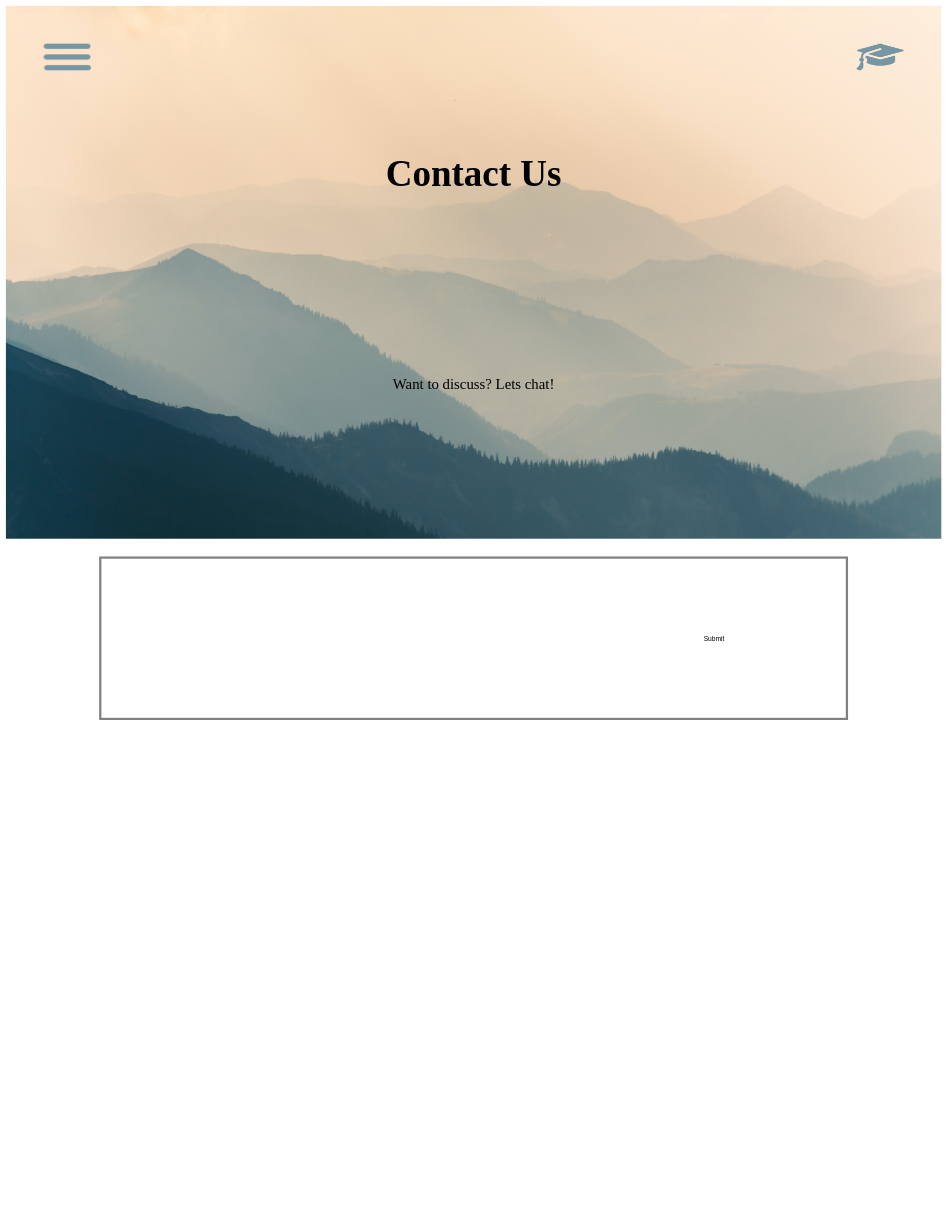
Repository: sierralaurent/MDIA2109-Assignment01
Page: /contact
The author's editor kept a copy of each file at every save. The page is drawn from the files as they stood at one save, then again after the next save.
The browser window is 1280 px wide. The pictures show the whole page, at 74% of full size.
The project was rebuilt for these pictures with package versions that can differ from the ones it lists, and the page was loaded fresh each time. The framework's server and built-in components were replaced by stand-ins that run in the browser. Also part of the build but not shown: next.config.js.

Above is the page before, as saved 2023-02-05 17:00:03.

After the next save:
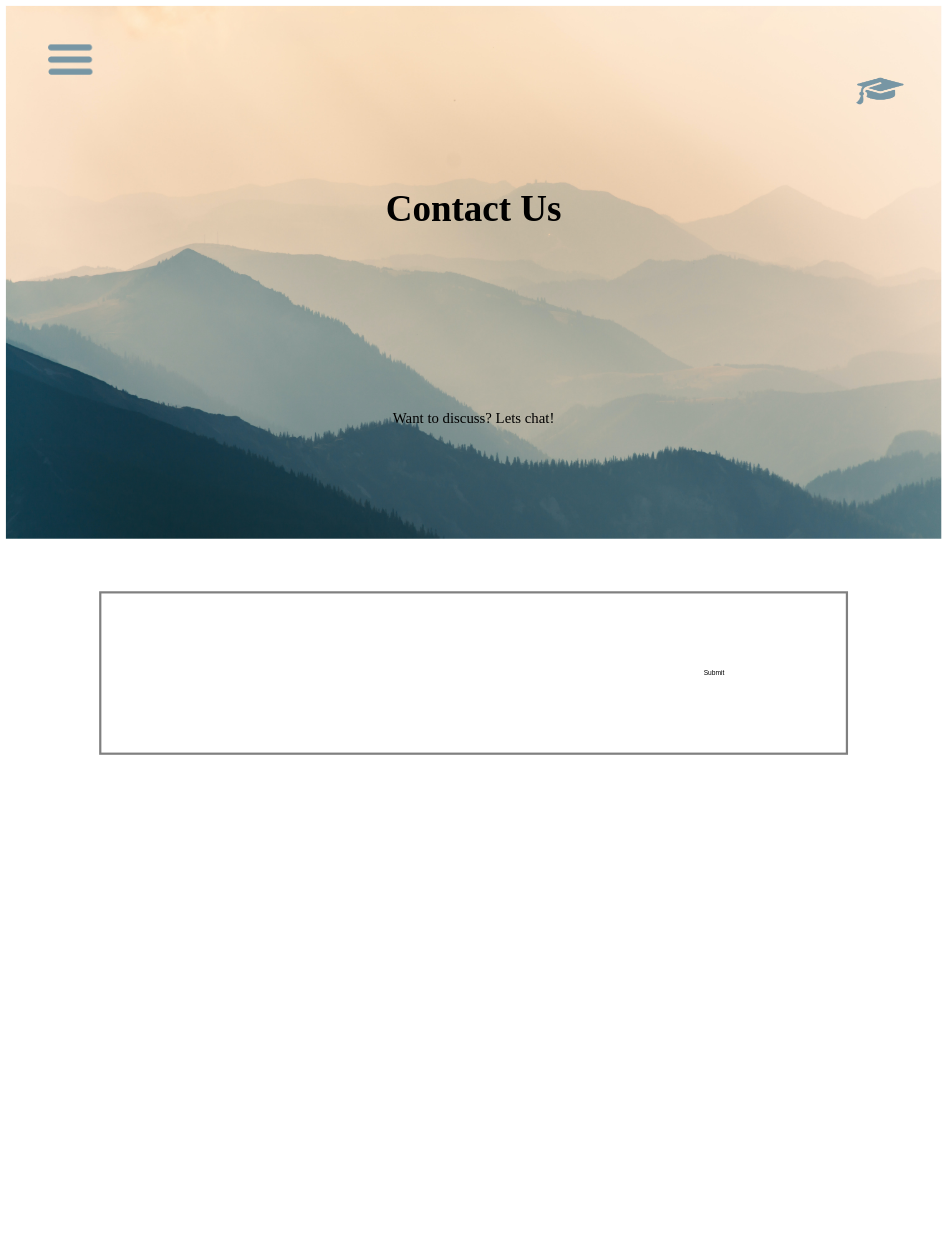
Saved 33 s later.
--- a/pages/contact.js
+++ b/pages/contact.js
@@ -17,7 +17,7 @@ export default function Contact() {
       </Head>
       <main className={styles.main}>
         <div className={styles.nav}>
-            <img src="icons/menu-icon.png" className={styles.icon1}/>
+          <Card className={styles.icon1}/>
             <img src="icons/graduation-hat.png" className={styles.icon2}/>
           </div>
           <div className={styles.header}>
